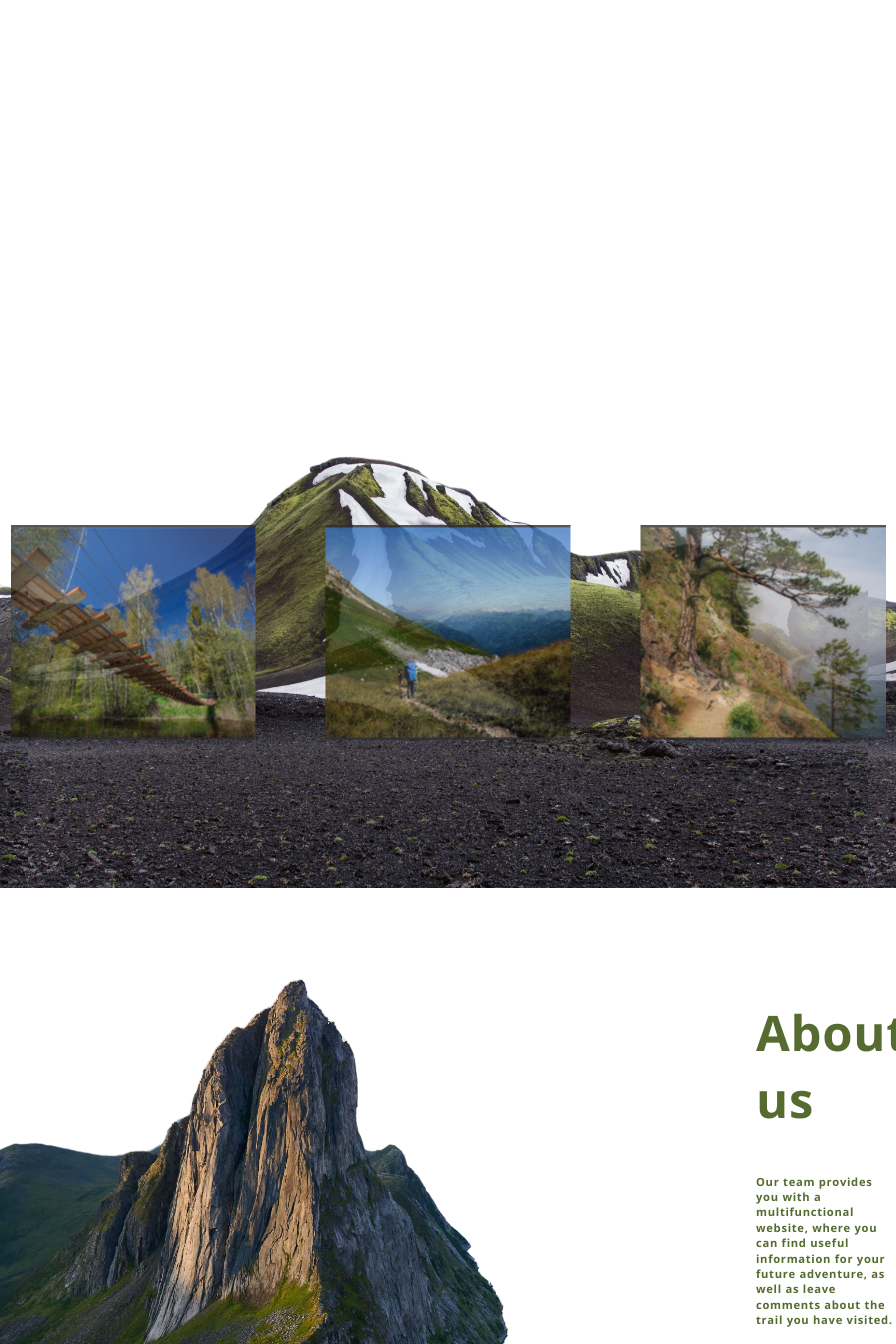
Repository: artembundin/travelrus.github.io
Page: index.html
An editor plug-in stored every save of this project. The page is shown before and after a run of saves, followed by the edit.
The browser window is 1280 px wide. The pictures show the part of the page from y = 1431 to 3351 px (the page is 4792 px tall), at 70% of full size.
A picture or video elsewhere on the page could not be fetched, so the positions and the page height are approximate. An inner scrolling area shows only its first screen. Backgrounds fixed to the window are drawn as part of the page. Some web fonts or font styles are not loaded; a fallback is used.

Above is the page before, as saved 2025-05-08 01:40:05.
Console error: TypeError: Cannot read properties of null (reading 'offsetTop')

After the next 4 saves:
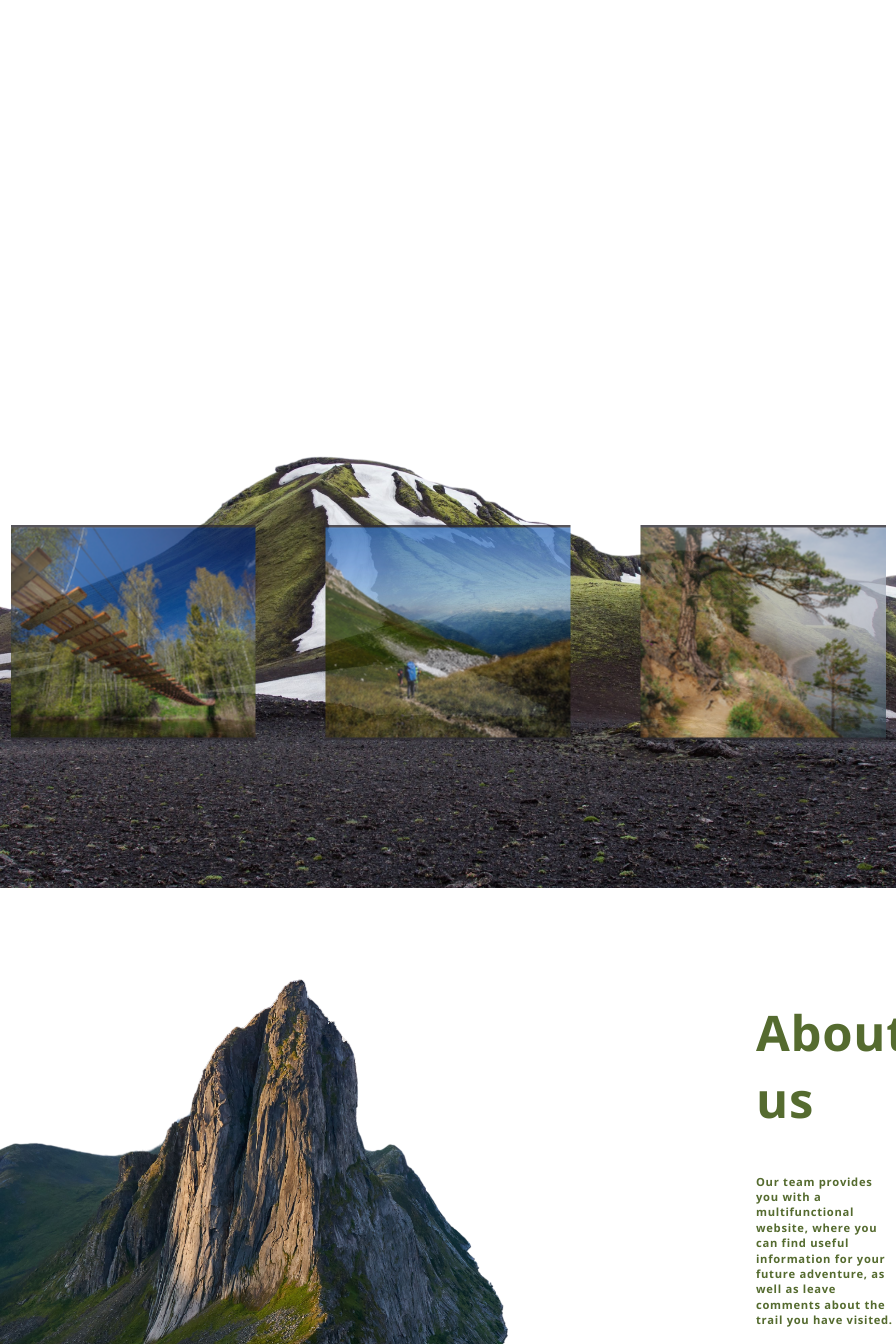
The 4 saves are shown as one change because they came seconds apart.
The last was saved 24 s later.
--- a/style.css
+++ b/style.css
@@ -204,7 +204,7 @@ a {
 .inf {
   background-image: url(images/holm.png);
   background-attachment: fixed;
-  background-size: 1200px 900px;
+  background-size: 1500px 900px;
   background-repeat: no-repeat;
   color: #AFD2F2;
 
